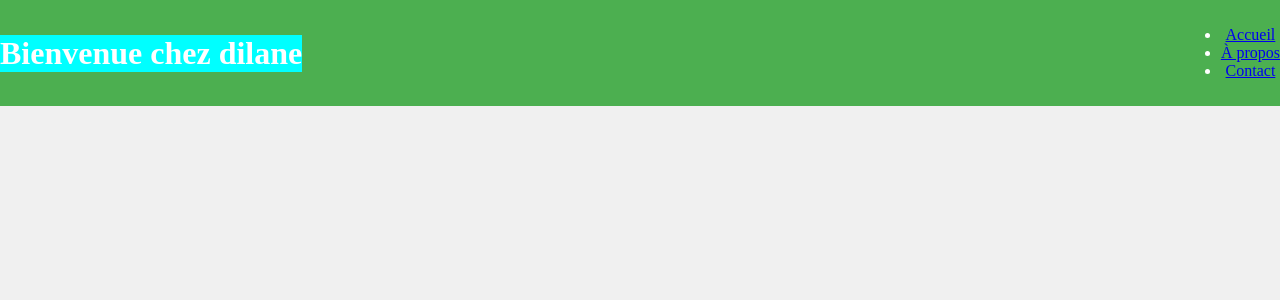
Repository: prestige225/prestige_services_et_finances
Page: app.html
These files come from the project's save history. The page is drawn as it stood at one moment and after the next save; the edit follows.
The browser window is 1280 px wide. The pictures show the whole page.

Above is the page before, as saved 2025-06-01 17:37:10.

### app.html

<!DOCTYPE html>
<html lang="en">
<head>
    <meta charset="UTF-8">
    <meta name="viewport" content="width=device-width, initial-scale=1.0">
    <style>
       body{
        background-color: #f0f0f0;
        margin: 0px;
        padding: 0px;
       }
         header {
          background-color: #4CAF50;
          color: white;
          padding: 10px 0;
          text-align: center;
          display: flex;
            justify-content: space-between;
            align-items: center;
         }
            header h1 {
            margin: 0;
            font-size: bold 24px;
            background-color: aqua;
            }
    </style>
    <title>APPPP</title>
</head>
<body>
   <header>
    <h1>
        Bienvenue chez dilane
    </h1>
    <nav>
        <ul>
            <li><a href="index.html">Accueil</a></li>
            <li><a href="about.html">À propos</a></li>
            <li><a href="contact.html">Contact</a></li>
        </ul>
    </nav>
   </header>
</body>
</html>

After the next save:
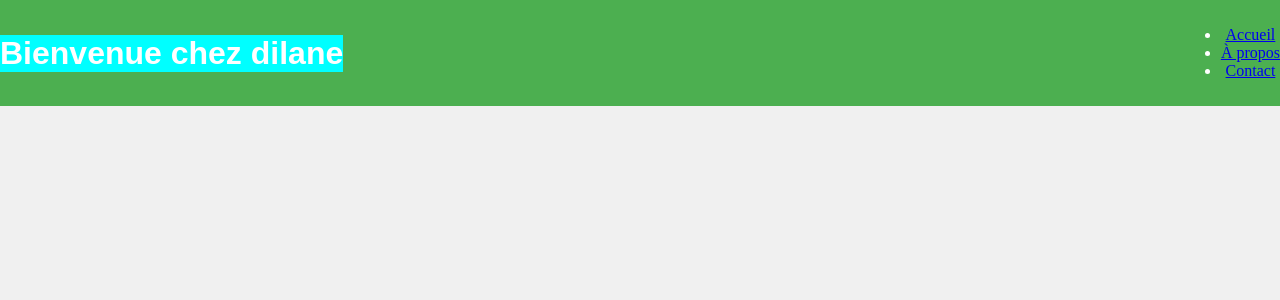
Saved 69 s later.
--- a/app.html
+++ b/app.html
@@ -23,6 +23,7 @@
             margin: 0;
             font-size: bold 24px;
             background-color: aqua;
+            font-family: Arial, sans-serif;
             }
     </style>
     <title>APPPP</title>
